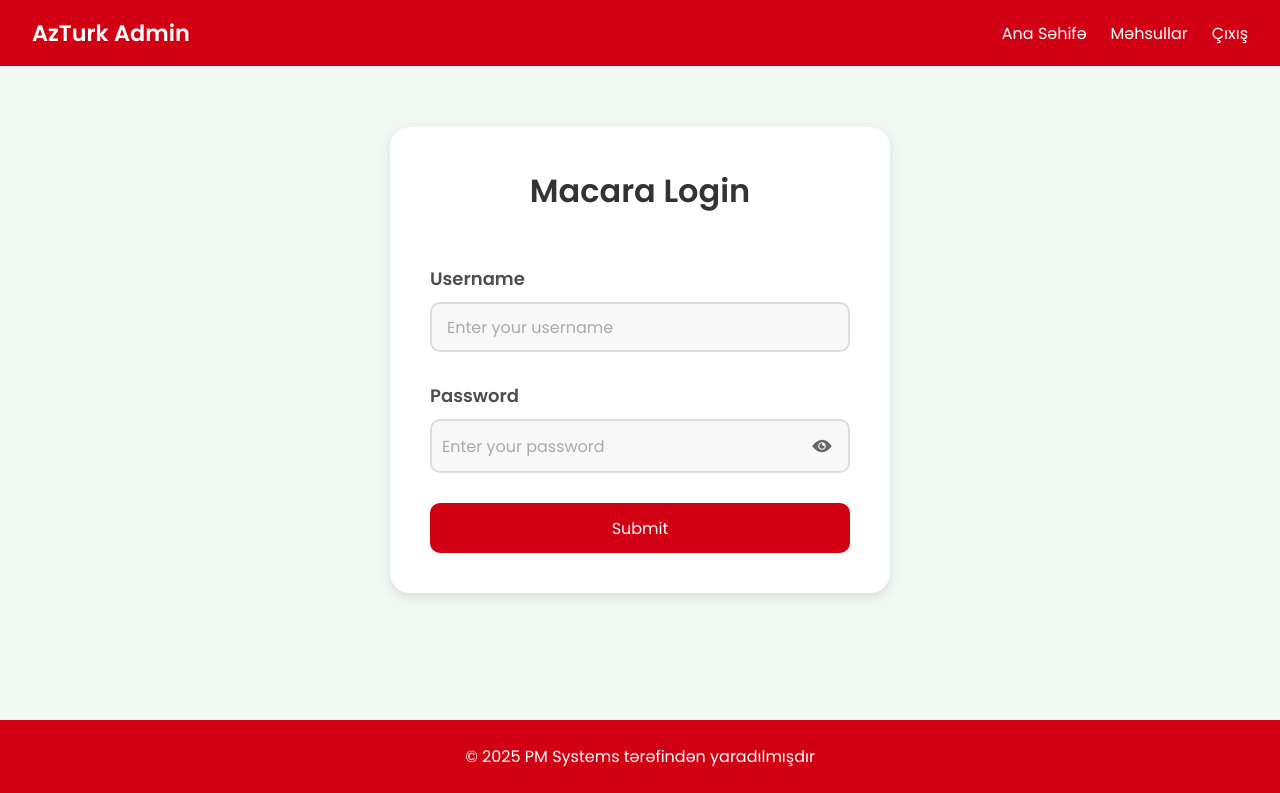
Repository: pmsystemsdevteam/AzTurkPackage-admin
Page: /login (app in admin/)
An editor plug-in stored every save of this project. The page is shown before and after the next save, followed by the edit.
The browser window is 1280 px wide. The pictures show the whole page.
The project was rebuilt for these pictures with package versions that can differ from the ones it lists, and the page was loaded fresh each time. Also part of the build but not shown: admin/vite.config.js, admin/src/Pages/HomePage.jsx, admin/src/Pages/SameScssOne/AddPage.jsx, admin/src/Pages/SameScssOne/UpdatePage.jsx, admin/src/Components/DeleteModal/DeleteModal.jsx, admin/src/Pages/SameScssTwo/FoodPage.jsx.

Above is the page before, as saved 2025-07-28 16:25:01.

### admin/index.html
<!doctype html>
<html lang="en">
  <head>
    <meta charset="UTF-8" />
    <link rel="icon" type="image/svg+xml" href="/vite.svg" />
    <meta name="viewport" content="width=device-width, initial-scale=1.0" />
    <link rel="shortcut icon" href="https://icones.pro/wp-content/uploads/2022/07/icones-d-administration-rouge.png" type="image/x-icon">
    <title>AzTurk Admin</title>
  </head>
  <body>
    <div id="root"></div>
    <script type="module" src="/src/main.jsx"></script>
  </body>
</html>

### admin/src/App.jsx
import { BrowserRouter, Route, Routes, Navigate } from "react-router-dom";
import "./App.css";
import NotMean from "./Components/NotMean/NotMean";
import Footer from "./Layout/Footer/Footer";
import Navbar from "./Layout/Navbar/Navbar";
import HomePage from "./Pages/HomePage";
import LoginPage from "./Pages/LoginPage";
import AddPage from "./Pages/SameScssOne/AddPage";
import UpdatePage from "./Pages/SameScssOne/UpdatePage";
import FoodPage from "./Pages/SameScssTwo/FoodPage";
import axios from "axios";
import { useEffect, useState } from "react";

function App() {
  const [isAdmin, setIsAdmin] = useState(null);
  const [isLoading, setIsLoading] = useState(true);

  useEffect(() => {
    const checkAdmin = async () => {
      try {
        const response = await axios.get("http://172.20.10.175:8000/api/auth/user/", {
          headers: { Authorization: `Bearer ${localStorage.getItem("access_token")}` },
        });
        setIsAdmin(response.data.is_admin || false);
      } catch {
        setIsAdmin(false);
      } finally {
        setIsLoading(false);
      }
    };
    if (localStorage.getItem("access_token")) {
      checkAdmin();
    } else {
      setIsAdmin(false);
      setIsLoading(false);
    }
  }, []);

  if (isLoading) return <div>Loading...</div>;

  return (
    <BrowserRouter>
      <Navbar />
      <Routes>
        <Route path="/login" element={<LoginPage />} />
        <Route
          path="/dashboard"
          element={
            localStorage.getItem("access_token") && isAdmin ? (
              <>
                <NotMean />
                <HomePage />
              </>
            ) : (
              <Navigate to="/login" replace />
            )
          }
        />
        <Route
          path="/erzaq"
          element={
            localStorage.getItem("access_token") && isAdmin ? (
              <>
                <NotMean />
                <FoodPage />
              </>
            ) : (
              <Navigate to="/login" replace />
            )
          }
        />
        <Route
          path="/erzaq/edit/:id"
          element={
            localStorage.getItem("access_token") && isAdmin ? (
              <>
                <NotMean />
                <UpdatePage />
              </>
            ) : (
              <Navigate to="/login" replace />
            )
          }
        />
        <Route
          path="/erzaq/add"
          element={
            localStorage.getItem("access_token") && isAdmin ? (
              <>
                <NotMean />
                <AddPage />
              </>
            ) : (
              <Navigate to="/login" replace />
            )
          }
        />
      </Routes>
      <Footer />
    </BrowserRouter>
  );
}

export default App;

### admin/src/App.css
* {
  padding: 0;
  margin: 0;
  box-sizing: border-box;
}
::-webkit-scrollbar {
  width: 10px;
  height: 10px;
}

::-webkit-scrollbar-track {
  background: #ffe0d1;
  border-radius: 5px;
}

::-webkit-scrollbar-thumb {
  background: #D10013;
  border-radius: 5px;
  border: 2px solid #ffe0d1;
}

::-webkit-scrollbar-thumb:hover {
  background: #ff5722;
}

* {
  scrollbar-color: #D10013 #ffe0d1;
  scrollbar-width: thin;
}

### admin/src/Layout/Footer/Footer.jsx
import React from 'react'
import './Footer.scss'

function Footer() {
  const year = new Date().getFullYear();
  return (
    <footer className="footer">
      <p>© {year} PM Systems tərəfindən yaradılmışdır</p>
    </footer>
  )
}

export default Footer

### admin/src/Layout/Navbar/Navbar.jsx
import React, { useState } from "react";
import { Link } from "react-router-dom";
import "./Navbar.scss";

const Navbar = () => {
  const [isOpen, setIsOpen] = useState(false);

  const toggleMenu = () => {
    setIsOpen(!isOpen);
  };

  return (
    <nav className="navbar">
      <div className="logo">
        <Link to="/">AzTurk Admin</Link>
      </div>
      <div className={`nav-links ${isOpen ? "open" : ""}`}>
        <Link to="/" onClick={toggleMenu}>Ana Səhifə</Link>
        <Link to="/erzaq" onClick={toggleMenu}>Məhsullar</Link>

        <Link to="/cixis" onClick={toggleMenu}>Çıxış</Link>
      </div>
      <div className="hamburger" onClick={toggleMenu}>
        {isOpen ? "✕" : "☰"}
      </div>
    </nav>
  );
};

export default Navbar;

### admin/src/Pages/LoginPage.jsx
import React, { useState } from "react";
import "./Main.scss";
import { IoIosEye, IoIosEyeOff } from "react-icons/io";
import axios from "axios";
import { useNavigate } from "react-router-dom";

function LoginPage() {
  const [eye, setEye] = useState(false);
  const [loading, setLoading] = useState(false);
  const [formData, setFormData] = useState({
    username: "",
    password: "",
  });
  const [error, setError] = useState("");
  const navigate = useNavigate();

  const handleEye = () => setEye(!eye);

  const handleChange = (e) => {
    setFormData({ ...formData, [e.target.name]: e.target.value });
    setError("");
  };

  const handleSubmit = async (e) => {
    e.preventDefault();
    setLoading(true);
    setError("");

    try {
      const response = await axios.post("http://192.168.30.73:8000/api/auth/token/", {
        username: formData.username,
        password: formData.password,

      });



      // Assuming the response contains access and refresh tokens
      localStorage.setItem("access_token", response.data.access);
      localStorage.setItem("refresh_token", response.data.refresh);

      // Redirect to a protected route (e.g., dashboard)
      navigate("/dashboard");
    } catch (err) {
      setError(
        err.response?.data?.detail || "Login failed. Please try again."
      );
    } finally {
      setLoading(false);
    }
  };

  return (
    <section id="loginPage">
      <form onSubmit={handleSubmit}>
        <h1>Macara Login</h1>
        {error && <p className="error">{error}</p>}
        <div className="form-group">
          <label>Username</label>
          <input
            type="text"
            name="username"
            placeholder="Enter your username"
            value={formData.username}
            onChange={handleChange}
            required
          />
        </div>
        <div className="form-group">
          <label>Password</label>
          <div className="input-wrapper">
            <input
              type={eye ? "text" : "password"}
              name="password"
              placeholder="Enter your password"
              value={formData.password}
              onChange={handleChange}
              required
            />
            <span className="eye-icon" onClick={handleEye}>
              {eye ? <IoIosEyeOff /> : <IoIosEye />}
            </span>
          </div>
        </div>
        <button type="submit" disabled={loading}>
          {loading ? (
            <img
              src="https://raw.githubusercontent.com/Codelessly/FlutterLoadingGIFs/master/packages/cupertino_activity_indicator_large.gif"
              alt="loading"
            />
          ) : (
            "Submit"
          )}
        </button>
      </form>
    </section>
  );
}

export default LoginPage;

### admin/src/Layout/Footer/Footer.scss
@import url('https://fonts.googleapis.com/css2?family=Poppins:wght@400;600&display=swap');

.footer {
  background-color: #D10013; // yeməyə aid narıncı ton
  color: #fff;
  text-align: center;
  padding: 1.5rem 1rem;
  font-family: 'Poppins', sans-serif;
  font-size: 1rem;

  p {
    margin: 0;
    font-weight: 400;
  }

  @media (max-width: 600px) {
    font-size: 0.9rem;
    padding: 1rem;
  }
}

### admin/src/Layout/Navbar/Navbar.scss
@import url("https://fonts.googleapis.com/css2?family=Poppins:wght@400;600&display=swap");

.navbar {
  background-color: #D10013;
  display: flex;
  justify-content: space-between;
  align-items: center;
  padding: 1rem 2rem;
  font-family: "Poppins", sans-serif;
  color: #fff;
  z-index: 2;
  position: fixed;
  top: 0;
  left: 0;
  width: 100%;

  .logo a {
    color: #fff;
    text-decoration: none;
    font-size: 1.4rem;
    font-weight: 600;
  }

  .nav-links {
    display: flex;
    gap: 1.5rem;

    a {
      color: #fff;
      text-decoration: none;
      font-weight: 500;

      &:hover {
        text-decoration: underline;
      }
    }
  }

  .hamburger {
    display: none;
    font-size: 2rem;
    cursor: pointer;
    color: #fff;
    z-index: 1001;
  }

  @media (max-width: 768px) {
    .nav-links {
      position: fixed;
      top: 0;
      right: -100%;
      height: 100vh;
      width: 250px;
      background-color: #D10013;
      flex-direction: column;
      align-items: flex-start;
      padding: 5rem 2rem;
      gap: 1.5rem;
      transition: right 0.3s ease-in-out;
      z-index: 1000;

      a {
        font-size: 1.2rem;
        width: 100%;
      }
    }

    .nav-links.open {
      right: 0;
    }

    .hamburger {
      display: block;
    }

    .logo {
      z-index: 1001;
    }
  }
}

### admin/src/Pages/Main.scss
@import url("https://fonts.googleapis.com/css2?family=Poppins:wght@400;600&display=swap");

.home-container {
  position: relative;
  height: 83vh;
  background-image: url("https://img.freepik.com/premium-photo/mail-boxes-shipping-packaging-background-wallpaper_446063-240.jpg");
  background-size: cover;
  background-position: center;
  background-repeat: no-repeat;
  overflow: hidden;
  font-family: "Poppins", sans-serif;
}

.face {
  position: absolute;
  top: 0;
  left: 0;
  width: 100%;
  height: 100%;
  background: rgba(0, 0, 0, 0.34);
  display: flex;
  flex-direction: column;
  justify-content: center;
  align-items: center;
  text-align: center;
  padding: 2rem;
  color: #fff;
}

.count-text {
  font-size: 1.8rem;
}

.icon-wrapper {
  margin-bottom: 1.5rem;
}

.animated-icon {
  font-size: 4rem;
  color: #D10013;
  animation: pulse 1.5s infinite;
}

/* Animasiya */
@keyframes pulse {
  0% {
    transform: scale(1);
    opacity: 0.8;
  }
  50% {
    transform: scale(1.2);
    opacity: 1;
  }
  100% {
    transform: scale(1);
    opacity: 0.8;
  }
}

/* Responsiv */
@media (max-width: 600px) {
  .count-text {
    font-size: 1.4rem;
  }

  .animated-icon {
    font-size: 3rem;
  }
}

#loginPage {
  height: 100vh;
  display: flex;
  justify-content: center;
  align-items: center;
  background: #f2f9f4; /* Təbii yaşıl və krem qarışığı */
  form {
    background: #ffffff; /* Ağ və açıq rəngli arxa plan */
    padding: 40px;
    border-radius: 20px;
    display: flex;
    flex-direction: column;
    gap: 30px;
    box-shadow: 0 4px 12px rgba(0, 0, 0, 0.1);
    font-family: "Poppins", sans-serif;
    width: 500px;
    @media (max-width: 768px) {
      width: 300px;
    }
    h1 {
      font-size: 32px;
      font-family: "Poppins", sans-serif;

      text-align: center;
      color: #333; /* Başlıq üçün şərq boz */
      margin-bottom: 20px;
    }

    .form-group {
      display: flex;
      flex-direction: column;
      gap: 10px;

      label {
        font-size: 18px;
        font-weight: bold;
        color: #4e4e4e;
      }

      input {
        height: 50px;
        padding: 15px;
        border-radius: 10px;
        border: 2px solid #ddd;
        background: #f8f8f8;
        font-family: "Poppins", sans-serif;

        font-size: 16px;
        color: #333;
        outline: none;

        &:focus {
          border-color: #D10013;
        }
        @media (max-width: 768px) {
          width: 100%;
        }
        &::placeholder {
          color: #aaa; /* Göstərilməyən mətndə təbii rəng */
        }
      }

      .input-wrapper {
        display: flex;
        align-items: center;
        background: #f8f8f8;
        border-radius: 10px;
        padding: 0px 15px 0px 0px;
        border: 2px solid #ddd;

        input {
          flex: 1;
          background: transparent;
          border: none;
          outline: none; /* Input-a fokus olunduqda outline-ı silirik */
          padding: 10px; /* Düzgün görünüş üçün */

        }



        .eye-icon {
          font-size: 22px;
          color: #666;
          cursor: pointer;
          display: flex;
        }
      }

    }

    button {
      height: 50px;
      background-color: #D10013;
      color: white;
      font-size: 16px;
      font-family: "Poppins", sans-serif;

      border: none;
      border-radius: 10px;
      cursor: pointer;
      transition: background 0.3s ease;

      &:hover {
        background-color: #ff5722;
      }

      img {
        width: 40px;
        height: auto;
      }
    }

    @media (max-width: 757px) {
      width: 90%;
      padding: 30px 20px;

      .form-group {
        width: 100%;
      }
    }
  }
}

### admin/src/Pages/SameScssOne/UpdatePage.scss
@import url("https://fonts.googleapis.com/css2?family=Poppins:wght@400;600&display=swap");

.update-page {
  padding: 2rem;
  font-family: "Poppins", sans-serif;
  background-color: #f8f9fa;
  min-height: 83vh;
  display: flex;
  flex-direction: column;
  align-items: center;

  .error {
    color: #b72d44;
    margin-bottom: 1rem;
    font-weight: bold;
    width: 100%;
    max-width: 1200px;
    text-align: center;
  }

  .title {
    text-align: center;
    font-size: 2rem;
    color: #d10013;
    margin-bottom: 1.5rem;
    width: 100%;
    max-width: 1200px;
  }

  .update-form {
    width: 100%;
    background-color: #fff;
    padding: 2rem;
    box-shadow: 0 4px 6px rgba(0, 0, 0, 0.1);
    border-radius: 8px;
    display: grid;
    grid-template-columns: repeat(auto-fit, minmax(300px, 1fr));
    gap: 2rem;

    .form-group {
      display: flex;
      flex-direction: column;
      margin-bottom: 1.5rem;
      position: relative;

      label {
        font-weight: 600;
        margin-bottom: 0.5rem;
        color: #333;
        display: flex;
        align-items: center;
        gap: 0.5rem;

        .info-icon {
          cursor: pointer;
          color: #d10013;
          font-size: 1.2rem;

          i {
            display: flex;
            align-items: center;
          }
        }
      }

      input,
      textarea,
      select {
        width: 100%;
        padding: 0.8rem;
        font-size: 1rem;
        border: 1px solid #ddd;
        border-radius: 5px;
        outline: none;
        transition: border 0.3s;

        &:focus {
          border-color: #d10013;
        }
      }

      textarea {
        resize: vertical;
        min-height: 100px;
      }

      select {
        cursor: pointer;
      }

      &.toggle-group {
        display: flex;
        flex-direction: row;
        align-items: center;
        gap: 1rem;

        .react-switch {
          vertical-align: middle;
        }

        .toggle-label {
          font-size: 1rem;
          color: #333;
        }
      }

      .type-dropdown {
        position: absolute;
        top: 100%;
        left: 0;
        width: 100%;
        max-height: 200px;
        overflow-y: auto;
        background-color: #fff;
        border: 1px solid #ddd;
        border-radius: 5px;
        box-shadow: 0 2px 4px rgba(0, 0, 0, 0.1);
        z-index: 1000;
        margin-top: 0.5rem;

        ul {
          list-style: none;
          padding: 0;
          margin: 0;

          li {
            padding: 0.8rem;
            cursor: pointer;
            transition: background-color 0.2s;

            &:hover {
              background-color: #f8f9fa;
            }
          }
        }
      }

      .image-preview {
        max-width: 150px;
        border-radius: 8px;
        margin-top: 1rem;
      }
    }

    .submit-btn {
      grid-column: 1 / -1;
      font-size: 1.2rem;
      background-color: #d10013;
      color: white;
      border: none;
      border-radius: 5px;
      cursor: pointer;
      transition: background-color 0.3s;
      display: flex;
      justify-content: center;
      align-items: center;
      padding: 20px;

      .loader {
        width: 40px;
        aspect-ratio: 2;
        --_g: no-repeat radial-gradient(circle closest-side, white 90%, #0000);
        background: var(--_g) 0% 50%, var(--_g) 50% 50%, var(--_g) 100% 50%;
        background-size: calc(100% / 3) 50%;
        animation: l3 1s infinite linear;
      }

      @keyframes l3 {
        20% {
          background-position: 0% 0%, 50% 50%, 100% 50%;
        }
        40% {
          background-position: 0% 100%, 50% 0%, 100% 50%;
        }
        60% {
          background-position: 0% 50%, 50% 100%, 100% 0%;
        }
        80% {
          background-position: 0% 50%, 50% 50%, 100% 100%;
        }
      }

      &:hover {
        background-color: #f44a58;
      }
    }
  }

  .image-modal {
    position: fixed;
    top: 0;
    left: 0;
    width: 100%;
    height: 100%;
    background: rgba(0, 0, 0, 0.5);
    display: flex;
    justify-content: center;
    align-items: center;
    z-index: 1000;

    .modal-content {
      background: white;
      padding: 20px;
      border-radius: 8px;
      position: relative;
      max-width: 50%;
      max-height: 90%;

      img {
        max-width: 100%;
        max-height: 80vh;
        object-fit: contain;
      }

      .close-modal {
        position: absolute;
        top: 10px;
        right: 10px;
        cursor: pointer;
        font-size: 24px;
        color: #d10013;
      }
    }
  }
}

@media (max-width: 768px) {
  .update-page {
    padding: 1rem;

    .update-form {
      padding: 1.5rem;
      grid-template-columns: 1fr;
      gap: 1rem;
    }
  }
}

@media (min-width: 769px) and (max-width: 1200px) {
  .update-form {
    max-width: 800px;
    grid-template-columns: repeat(auto-fit, minmax(300px, 1fr));
  }
}

### admin/src/Components/DeleteModal/DeleteModal.scss
@import url("https://fonts.googleapis.com/css2?family=Poppins:wght@400;600&display=swap");

.modal-overlay {
  position: fixed;
  top: 0;
  left: 0;
  width: 100%;
  height: 100%;
  background: rgba(0, 0, 0, 0.4); // arxa görünən hissə
  display: flex;
  justify-content: center;
  align-items: center;
  z-index: 1000;
  animation: fadeIn 0.3s ease-in-out;
}

.modal-box {
  background: white;
  padding: 2rem;
  border-radius: 12px;
  box-shadow: 0 10px 20px rgba(0, 0, 0, 0.2);
  text-align: center;
  font-family: 'Poppins', sans-serif;
  max-width: 400px;
  width: 90%;
  position: relative;
  animation: slideIn 0.3s ease-in-out;
}

.modal-box h3 {
  margin-bottom: 1.5rem;
  color: #333;
  font-weight: 600;
}

.modal-buttons {
  display: flex;
  justify-content: center;
  gap: 1rem;
}

.delete-btn {
  background-color: #f44336;
  color: white;
  border: none;
  padding: 0.6rem 1.2rem;
  border-radius: 6px;
  cursor: pointer;
  font-weight: 500;
}

.cancel-btn {
  background-color: #eee;
  color: #333;
  border: none;
  padding: 0.6rem 1.2rem;
  border-radius: 6px;
  cursor: pointer;
  font-weight: 500;
}

.close-button {
  position: absolute;
  top: 8px;
  right: 12px;
  font-size: 1.5rem;
  border: none;
  background: none;
  cursor: pointer;
  color: #888;
}

@keyframes fadeIn {
  from {
    opacity: 0;
  }
  to {
    opacity: 1;
  }
}

@keyframes slideIn {
  from {
    transform: translateY(-20px);
    opacity: 0.3;
  }
  to {
    transform: translateY(0);
    opacity: 1;
  }
}

### admin/src/Components/NotMean/NotMean.jsx
import React from 'react'
import './NotMean.scss'

function NotMean() {
  return (
    <div className="not-mean-container">
      NotMean Səhifəsi
    </div>
  )
}

export default NotMean

### admin/src/Components/NotMean/NotMean.scss
.not-mean-container {
    font-family: 'Poppins', sans-serif;
    font-size: 1.2rem;
    margin-top: 30px;
    color: #333;
    background: red;
  }

  /* Responsiv dizayn */
  @media (max-width: 768px) {
    .not-mean-container {
      padding: 1rem;
      font-size: 1rem;
    margin-top: 20px;

    }
  }

  @media (max-width: 480px) {
    .not-mean-container {
      font-size: 0.95rem;
    }
  }

Loaded but not shown: admin/src/main.jsx (common file); admin/src/Pages/SameScssTwo/FoodPage.scss (342 lines, source omitted); admin/src/index.css (no stored copy; drawn as an empty file)

After the next save:
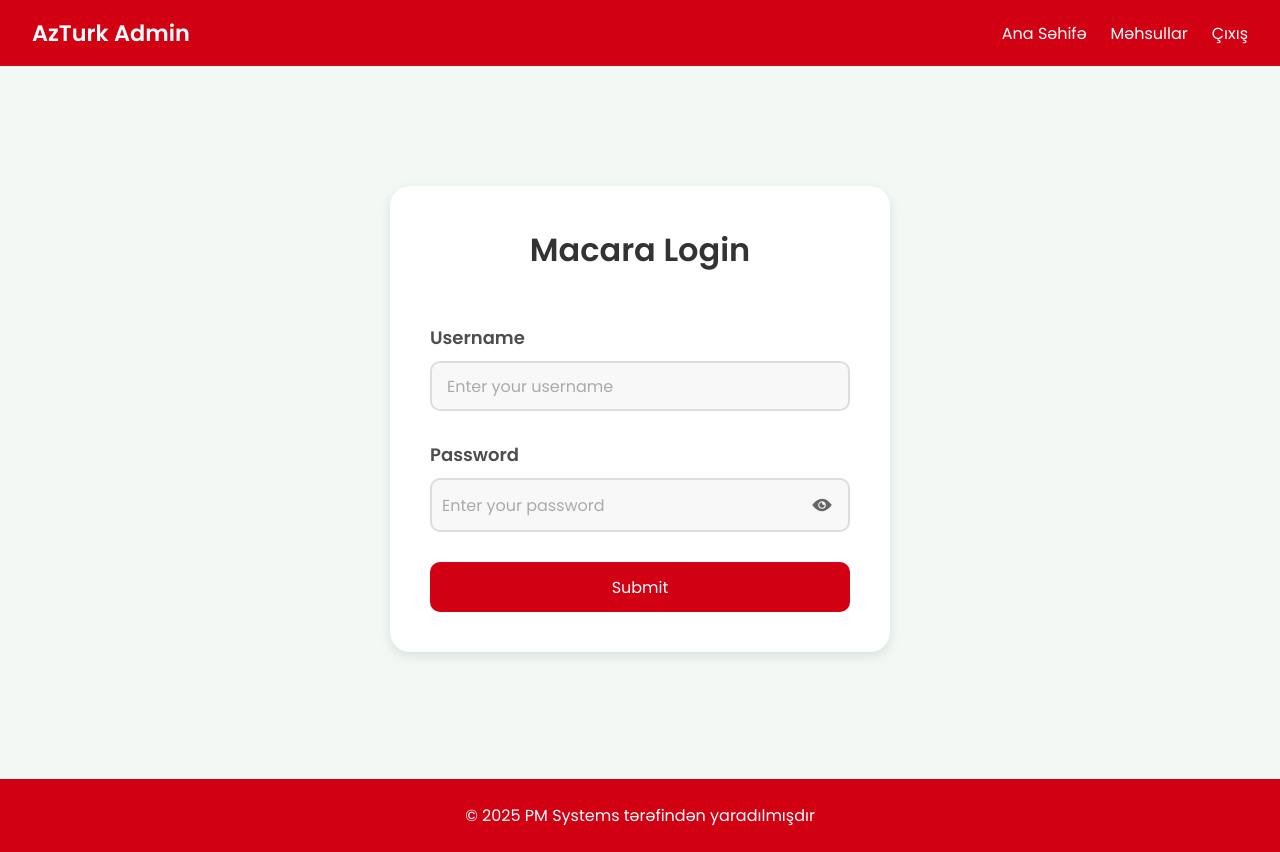
Saved 9 s later.
--- a/admin/src/App.jsx
+++ b/admin/src/App.jsx
@@ -1,4 +1,4 @@
-import { BrowserRouter, Route, Routes, Navigate } from "react-router-dom";
+import { BrowserRouter, Route, Routes, Navigate, Outlet } from "react-router-dom";
 import "./App.css";
 import NotMean from "./Components/NotMean/NotMean";
 import Footer from "./Layout/Footer/Footer";
@@ -11,9 +11,13 @@ import FoodPage from "./Pages/SameScssTwo/FoodPage";
 import axios from "axios";
 import { useEffect, useState } from "react";
 
-function App() {
+const PrivateRoute = () => {
+  const isAuthenticated = !!localStorage.getItem("access_token");
+  return isAuthenticated ? <Outlet /> : <Navigate to="/login" replace />;
+};
+
+const AdminRoute = () => {
   const [isAdmin, setIsAdmin] = useState(null);
-  const [isLoading, setIsLoading] = useState(true);
 
   useEffect(() => {
     const checkAdmin = async () => {
@@ -24,77 +28,30 @@ function App() {
         setIsAdmin(response.data.is_admin || false);
       } catch {
         setIsAdmin(false);
-      } finally {
-        setIsLoading(false);
       }
     };
-    if (localStorage.getItem("access_token")) {
-      checkAdmin();
-    } else {
-      setIsAdmin(false);
-      setIsLoading(false);
-    }
+    checkAdmin();
   }, []);
 
-  if (isLoading) return <div>Loading...</div>;
+  if (isAdmin === null) return null;
+  return isAdmin ? <Outlet /> : <Navigate to="/login" replace />;
+};
 
+function App() {
   return (
     <BrowserRouter>
       <Navbar />
+      <NotMean />
       <Routes>
         <Route path="/login" element={<LoginPage />} />
-        <Route
-          path="/dashboard"
-          element={
-            localStorage.getItem("access_token") && isAdmin ? (
-              <>
-                <NotMean />
-                <HomePage />
-              </>
-            ) : (
-              <Navigate to="/login" replace />
-            )
-          }
-        />
-        <Route
-          path="/erzaq"
-          element={
-            localStorage.getItem("access_token") && isAdmin ? (
-              <>
-                <NotMean />
-                <FoodPage />
-              </>
-            ) : (
-              <Navigate to="/login" replace />
-            )
-          }
-        />
-        <Route
-          path="/erzaq/edit/:id"
-          element={
-            localStorage.getItem("access_token") && isAdmin ? (
-              <>
-                <NotMean />
-                <UpdatePage />
-              </>
-            ) : (
-              <Navigate to="/login" replace />
-            )
-          }
-        />
-        <Route
-          path="/erzaq/add"
-          element={
-            localStorage.getItem("access_token") && isAdmin ? (
-              <>
-                <NotMean />
-                <AddPage />
-              </>
-            ) : (
-              <Navigate to="/login" replace />
-            )
-          }
-        />
+        <Route element={<PrivateRoute />}>
+          <Route element={<AdminRoute />}>
+            <Route path="/dashboard" element={<HomePage />} />
+            <Route path="/erzaq" element={<FoodPage />} />
+            <Route path="/erzaq/edit/:id" element={<UpdatePage />} />
+            <Route path="/erzaq/add" element={<AddPage />} />
+          </Route>
+        </Route>
       </Routes>
       <Footer />
     </BrowserRouter>
